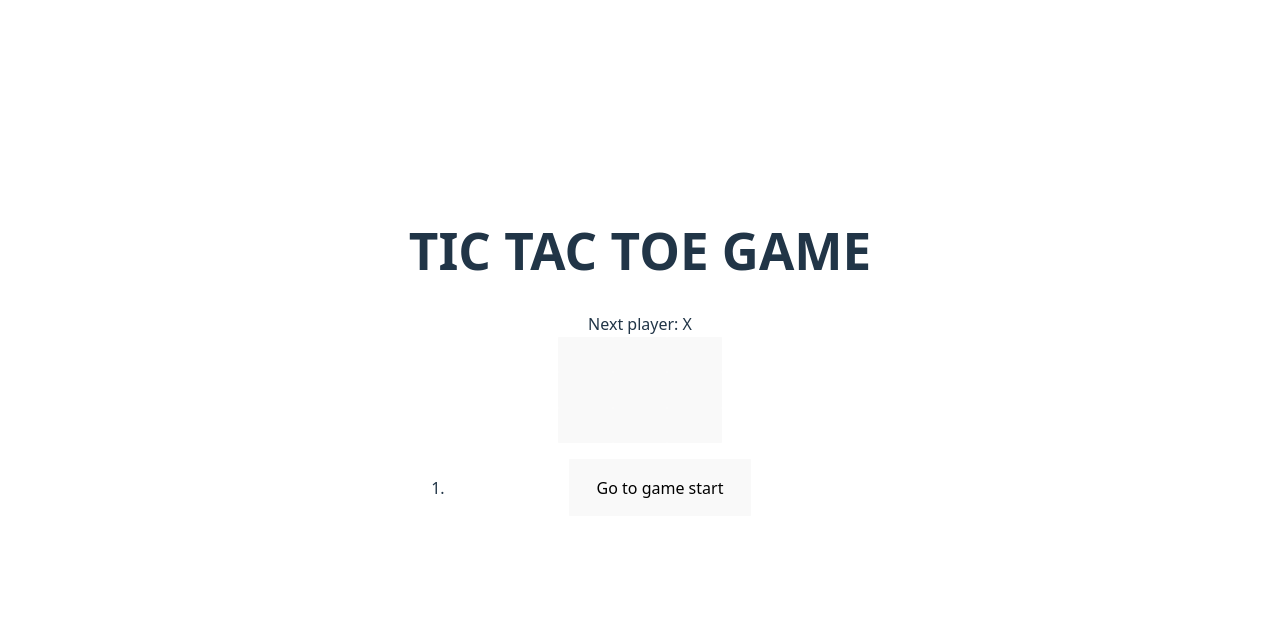
Repository: sofia123776/TIC-TAC-TOE
Page: /
An editor plug-in stored every save of this project. The page is shown before and after the next save, followed by the edit.
The browser window is 1280 px wide. The pictures show the whole page.
The project was rebuilt for these pictures with package versions that can differ from the ones it lists, and the page was loaded fresh each time. Also part of the build but not shown: vite.config.js.

Above is the page before, as saved 2025-11-29 22:08:56.

After the next save:
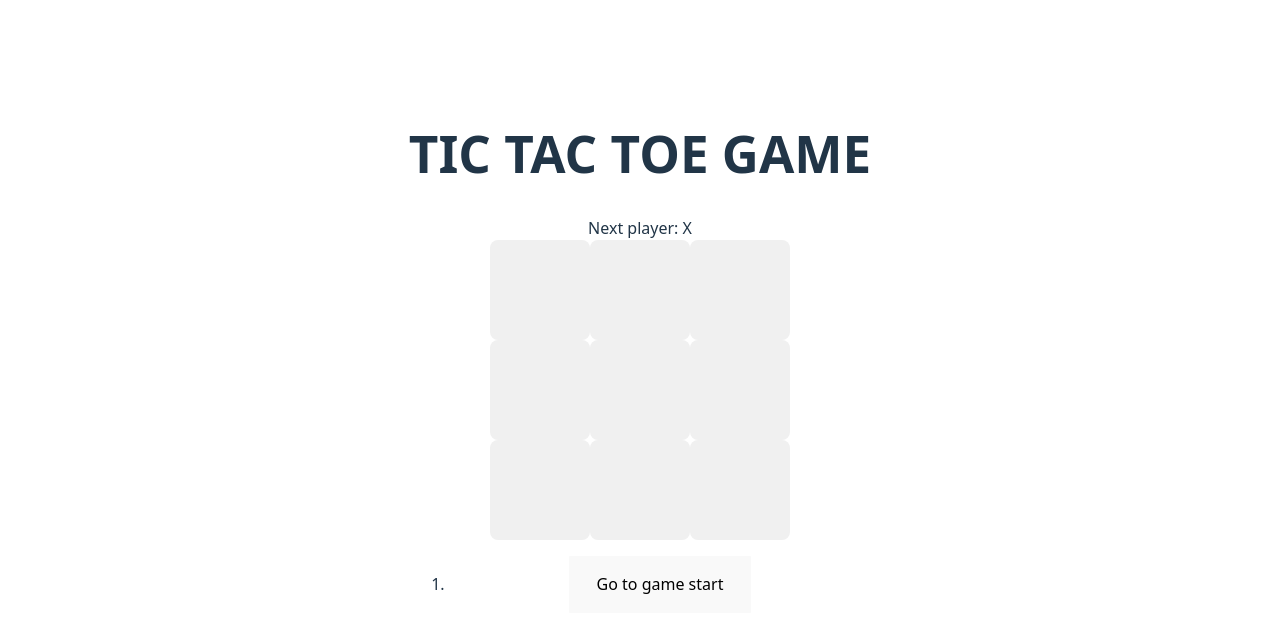
Saved 5 min 9 s later.
--- a/src/App.jsx
+++ b/src/App.jsx
@@ -7,7 +7,15 @@ function Square({value, onSquareClick}){
 
 
   return(
-  <button className='square' onClick={onSquareClick}>{value}</button>
+  <button className='square' onClick={onSquareClick} style={{
+        width: 100,
+        height: 100,
+        fontSize: 32,
+        fontWeight: "bold",
+        background: "#f0f0f0",
+        borderRadius: 8,
+        cursor: "pointer",
+      }}>{value}</button>
 );
 
 }
